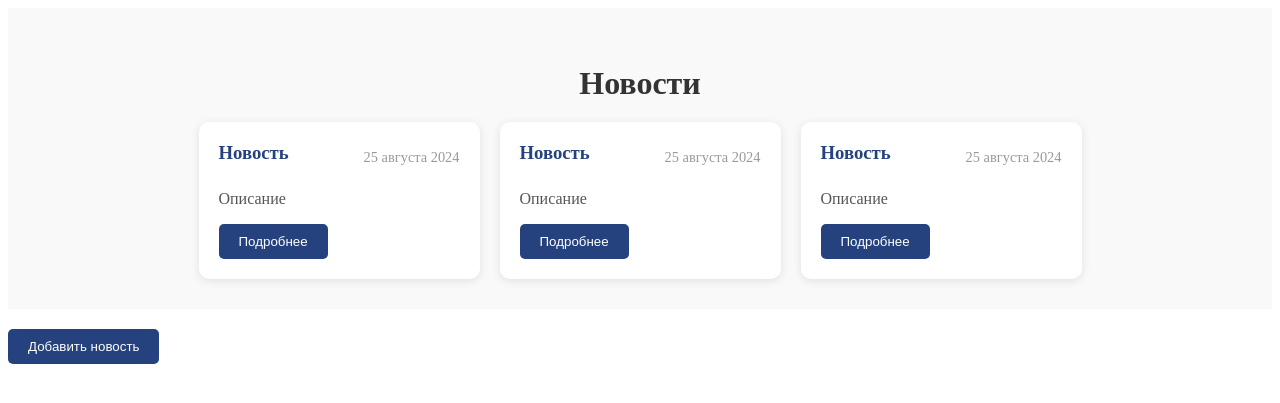
Repository: MaratLK/PLKFrontend
Page: Templates/NewsForIndex.html
These files come from the project's save history. The page is drawn as it stood at one moment and after the next save; the edit follows.
The browser window is 1280 px wide. The pictures show the whole page.

Above is the page before, as saved 2024-08-25 07:41:42.

### Templates/NewsForIndex.html
<!DOCTYPE html>
<html lang="en">
  <head>
    <meta charset="UTF-8" />
    <meta name="viewport" content="width=device-width, initial-scale=1.0" />
    <title>Document</title>
    <style>
      .news {
        padding: 30px;
        background-color: #f9f9f9;
        text-align: center;
      }

      .news h2 {
        font-size: 2em;
        color: #333;
        margin-bottom: 20px;
      }

      .news-container {
        display: flex;
        justify-content: center;
        flex-wrap: wrap;
        gap: 20px;
      }

      .news-card {
        background-color: #ffffff;
        border-radius: 10px;
        box-shadow: 0 2px 10px rgba(0, 0, 0, 0.1);
        padding: 20px;
        width: calc(25% - 20px);
        box-sizing: border-box;
        text-align: left;
      }

      .news-card h3 {
        margin: 0 0 10px;
        color: #25427e;
      }

      .news-card p {
        color: #555;
      }

      .news-card button {
        background-color: #25427e;
        color: white;
        padding: 10px 20px;
        border: none;
        border-radius: 5px;
        cursor: pointer;
        transition: background-color 0.3s;
      }

      .news-card {
        background-color: #ffffff;
        border-radius: 10px;
        box-shadow: 0 2px 10px rgba(0, 0, 0, 0.1);
        padding: 20px;
        width: calc(25% - 20px);
        box-sizing: border-box;
        text-align: left;
        transition: transform 0.3s ease, box-shadow 0.3s ease;
      }

      .news-card:hover {
        transform: translateY(10px) scale(1.05);
        box-shadow: 0 4px 20px rgba(0, 0, 0, 0.2);
      }

      .news-header {
        display: flex;
        justify-content: space-between;
        align-items: center;
      }

      .news-date {
        font-size: 0.9em;
        color: #999;
      }

      /* Стили для модального окна */
      .modal {
        display: none; /* Скрыто по умолчанию */
        position: fixed;
        z-index: 1;
        left: 0;
        top: 0;
        width: 100%;
        height: 100%;
        overflow: auto;
        background-color: rgba(0, 0, 0, 0.5);
      }

      .modal-content {
        background-color: #fefefe;
        margin: 15% auto;
        padding: 20px;
        border: 1px solid #888;
        width: 80%;
        max-width: 500px;
        border-radius: 10px;
      }

      .close-btn {
        color: #aaa;
        float: right;
        font-size: 28px;
        font-weight: bold;
        cursor: pointer;
      }

      .close-btn:hover,
      .close-btn:focus {
        color: black;
        text-decoration: none;
        cursor: pointer;
      }

      /* Стили для кнопки "Добавить новость" */
      #add-news-btn {
        background-color: #25427e;
        color: white;
        padding: 10px 20px;
        border: none;
        border-radius: 5px;
        cursor: pointer;
        transition: background-color 0.3s;
        display: inline-block;
        margin: 20px auto;
      }

      #add-news-btn:hover {
        background-color: #1a3362;
      }

      /* Перемещаем кнопку "Добавить новость" в правый нижний угол */
.fixed-button {
  position: fixed;
  bottom: 20px;
  right: 20px;
  background-color: #25427e;
  color: white;
  padding: 10px 20px;
  border: none;
  border-radius: 5px;
  cursor: pointer;
  transition: background-color 0.3s;
}

.fixed-button:hover {
  background-color: #1a3362;
}

/* Стили для модального окна */
.modal-content {
  background-color: #ffffff;
  margin: 10% auto;
  padding: 20px;
  border: 1px solid #25427e;
  width: 80%;
  max-width: 600px;
  border-radius: 10px;
  box-shadow: 0 4px 20px rgba(0, 0, 0, 0.1);
}

.close-btn {
  color: #25427e;
  float: right;
  font-size: 28px;
  font-weight: bold;
  cursor: pointer;
}

.close-btn:hover, .close-btn:focus {
  color: #1a3362;
}

/* Стили для элементов формы внутри модального окна */
#news-form label {
  display: block;
  margin-top: 10px;
  color: #333;
  font-weight: bold;
}

#news-form input[type="text"],
#news-form input[type="date"],
#news-form textarea,
#news-form input[type="file"] {
  width: 100%;
  padding: 10px;
  margin-top: 5px;
  border-radius: 5px;
  border: 1px solid #ccc;
  box-sizing: border-box;
}

#news-form button {
  background-color: #25427e;
  color: white;
  padding: 10px 20px;
  border: none;
  border-radius: 5px;
  cursor: pointer;
  transition: background-color 0.3s;
  margin-top: 20px;
  display: block;
}

#news-form button:hover {
  background-color: #1a3362;
}

    </style>
  </head>
  <body>
    <section id="news" class="news">
      <h2>Новости</h2>
      <div class="news-container">
        <div class="news-card">
          <div class="news-header">
            <h3>Новость</h3>
            <span class="news-date">25 августа 2024</span>
          </div>
          <p>Описание</p>
          <button class="open-modal" data-news="news1">Подробнее</button>
        </div>

        <div class="news-card">
          <div class="news-header">
            <h3>Новость</h3>
            <span class="news-date">25 августа 2024</span>
          </div>
          <p>Описание</p>
          <button class="open-modal" data-news="news1">Подробнее</button>
        </div>

        <div class="news-card">
          <div class="news-header">
            <h3>Новость</h3>
            <span class="news-date">25 августа 2024</span>
          </div>
          <p>Описание</p>
          <button class="open-modal" data-news="news1">Подробнее</button>
        </div>
      </div>
    </section>

    <!-- Кнопка для открытия модального окна -->
    <button id="add-news-btn">Добавить новость</button>

<!-- Модальное окно -->
<div id="news-modal" class="modal">
    <div class="modal-content">
      <span class="close-btn">&times;</span>
      <h3>Добавить новость</h3>
      <form id="news-form">
        <label for="news-title">Название:</label>
        <input type="text" id="news-title" name="title" required>

        <label for="news-date">Дата:</label>
        <input type="date" id="news-date" name="date" required>

        <label for="news-description">Описание:</label>
        <textarea id="news-description" name="description" required></textarea>

        <label for="news-images">Загрузить изображения (до 5 штук):</label>
        <input type="file" id="news-images" name="images" accept="image/*" multiple required>

        <button type="submit">Добавить</button>
      </form>
    </div>
  </div>

    <script>
      // Получаем элементы
      const modal = document.getElementById("news-modal");
      const btn = document.getElementById("add-news-btn");
      const closeBtn = document.querySelector(".close-btn");
      const form = document.getElementById("news-form");
      const newsContainer = document.querySelector(".news-container");

      // Открытие модального окна
      btn.addEventListener("click", () => {
        modal.style.display = "block";
      });

      // Закрытие модального окна
      closeBtn.addEventListener("click", () => {
        modal.style.display = "none";
      });

      // Закрытие модального окна при клике вне его
      window.addEventListener("click", (event) => {
        if (event.target == modal) {
          modal.style.display = "none";
        }
      });

      // Добавление новой карточки при отправке формы
      form.addEventListener("submit", (event) => {
        event.preventDefault();

        // Получение данных формы
        const title = document.getElementById("news-title").value;
        const date = document.getElementById("news-date").value;
        const description = document.getElementById("news-description").value;

        // Создание новой карточки
        const newCard = document.createElement("div");
        newCard.classList.add("news-card");
        newCard.innerHTML = `
    <div class="news-header">
      <h3>${title}</h3>
      <span class="news-date">${new Date(date).toLocaleDateString("ru-RU", {
        day: "numeric",
        month: "long",
        year: "numeric",
      })}</span>
    </div>
    <p>${description}</p>
    <button class="open-modal" data-news="news1">Подробнее</button>
  `;

        // Добавление новой карточки в контейнер
        newsContainer.appendChild(newCard);

        // Закрытие модального окна и очистка формы
        modal.style.display = "none";
        form.reset();
      });

      form.addEventListener('submit', (event) => {
  event.preventDefault();

  const title = document.getElementById('news-title').value;
  const date = document.getElementById('news-date').value;
  const description = document.getElementById('news-description').value;
  const images = document.getElementById('news-images').files;

  const newCard = document.createElement('div');
  newCard.classList.add('news-card');

  let imagesHtml = '';
  if (images.length > 0) {
    for (let i = 0; i < Math.min(images.length, 5); i++) {
      const imgURL = URL.createObjectURL(images[i]);
      imagesHtml += `<img src="${imgURL}" alt="Новость изображение" style="max-width: 100%; margin-top: 10px;">`;
    }
  }

  newCard.innerHTML = `
    <div class="news-header">
      <h3>${title}</h3>
      <span class="news-date">${new Date(date).toLocaleDateString('ru-RU', { day: 'numeric', month: 'long', year: 'numeric' })}</span>
    </div>
    <p>${description}</p>
    ${imagesHtml}
    <button class="open-modal" data-news="news1">Подробнее</button>
  `;

  newsContainer.appendChild(newCard);

  modal.style.display = 'none';
  form.reset();
});

    </script>
  </body>
</html>

After the next save:
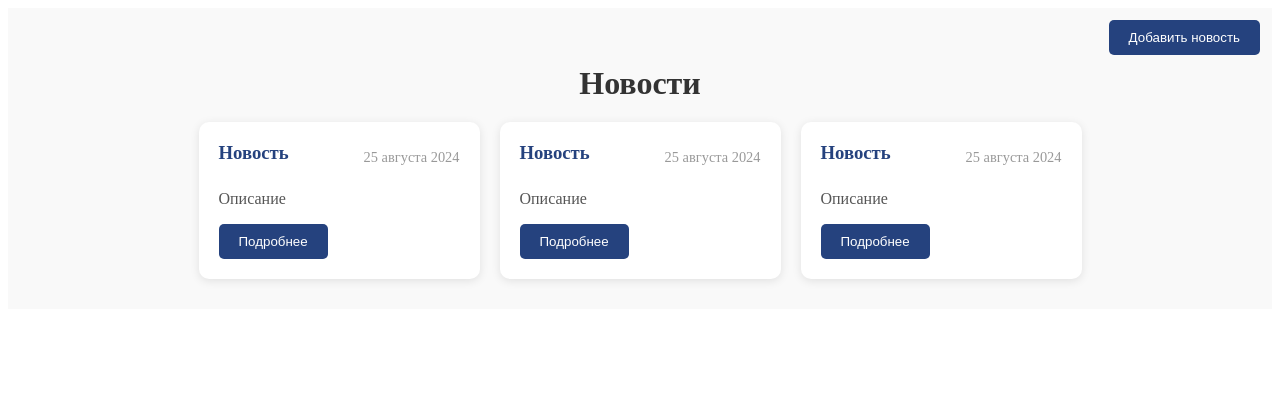
Saved 98 s later.
--- a/Templates/NewsForIndex.html
+++ b/Templates/NewsForIndex.html
@@ -118,22 +118,24 @@
         cursor: pointer;
       }
 
-      /* Стили для кнопки "Добавить новость" */
-      #add-news-btn {
-        background-color: #25427e;
-        color: white;
-        padding: 10px 20px;
-        border: none;
-        border-radius: 5px;
-        cursor: pointer;
-        transition: background-color 0.3s;
-        display: inline-block;
-        margin: 20px auto;
-      }
-
-      #add-news-btn:hover {
-        background-color: #1a3362;
-      }
+/* Перемещаем первую кнопку "Добавить новость" в правый верхний угол */
+#add-news-btn {
+  position: absolute; /* Или fixed, если хотите, чтобы кнопка оставалась на месте при прокрутке */
+  top: 20px;
+  right: 20px;
+  background-color: #25427e;
+  color: white;
+  padding: 10px 20px;
+  border: none;
+  border-radius: 5px;
+  cursor: pointer;
+  transition: background-color 0.3s;
+}
+
+#add-news-btn:hover {
+  background-color: #1a3362;
+}
+
 
       /* Перемещаем кнопку "Добавить новость" в правый нижний угол */
 .fixed-button {
